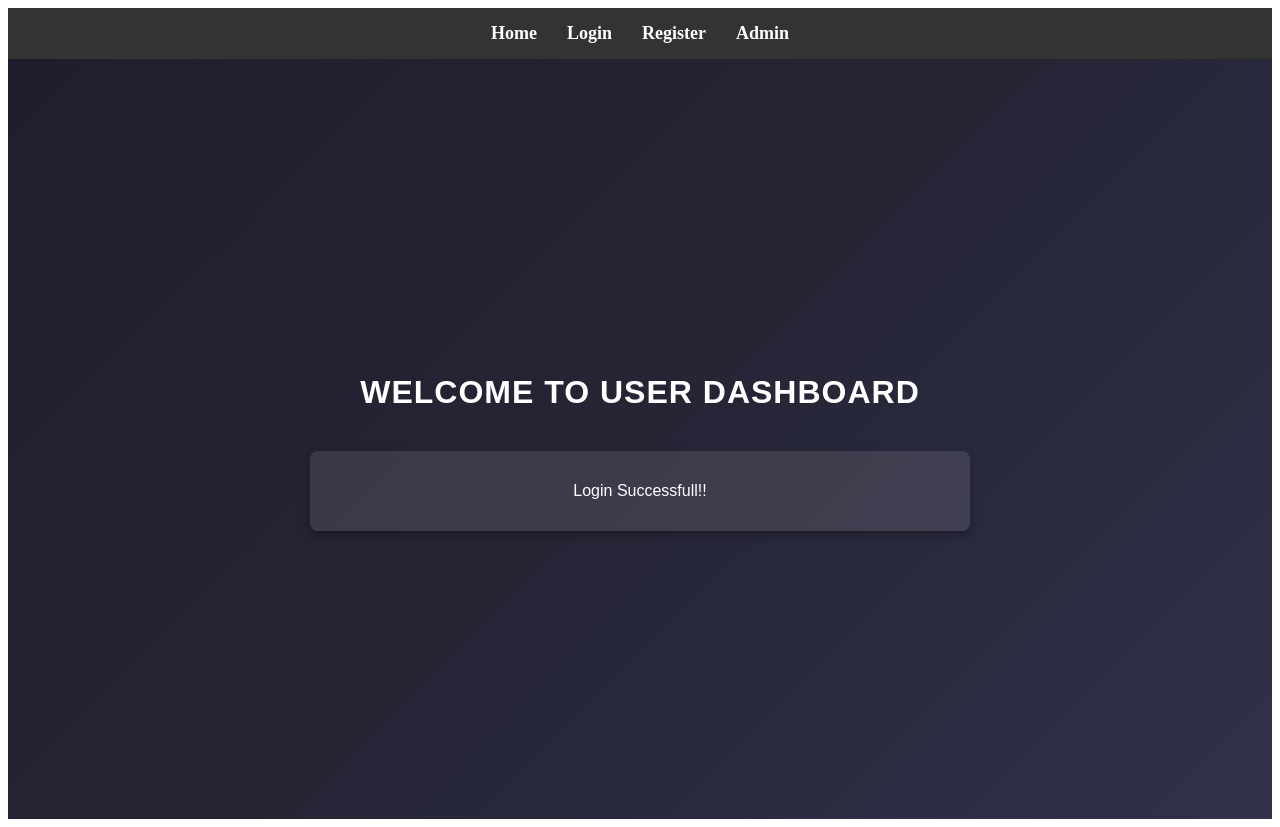
Repository: AhmedIbu/angular-login-app
Page: /user-dashboard (app in angular-login-app/)
The author's editor kept a copy of each file at every save. The page is drawn from the files as they stood at one save, then again after the next save.
The browser window is 1280 px wide. The pictures show the whole page.
The project was rebuilt for these pictures with package versions that can differ from the ones it lists, and the page was loaded fresh each time. Also part of the build but not shown: angular-login-app/angular.json, angular-login-app/src/app/home/home.component.ts, angular-login-app/src/app/login/login.component.ts, angular-login-app/src/app/services/auth.service.ts, angular-login-app/src/app/register/register.component.ts, angular-login-app/src/app/services/user.service.ts, angular-login-app/src/app/admin-dashboard/admin-dashboard.component.ts, angular-login-app/src/app/admin-login/admin-login.component.ts.

Above is the page before, as saved 2025-02-21 11:48:50.

After the next save:
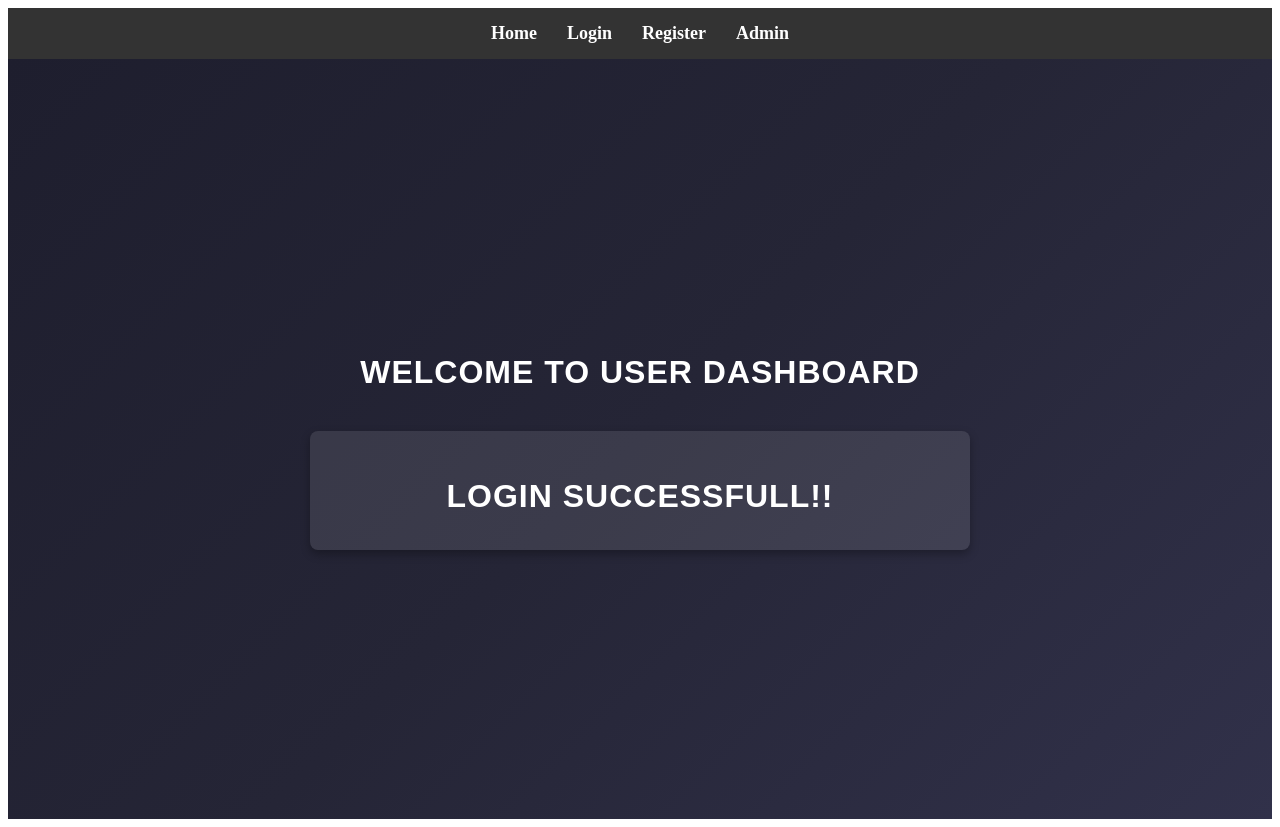
Saved 16 s later.
--- a/angular-login-app/src/app/user-dashboard/user-dashboard.component.css
+++ b/angular-login-app/src/app/user-dashboard/user-dashboard.component.css
@@ -33,7 +33,11 @@
   }
 
 .login-text{
-
+    font-size: 2rem;
+    font-weight: 600;
+    margin-bottom: 20px;
+    text-transform: uppercase;
+    letter-spacing: 1px;
 }
 
 
